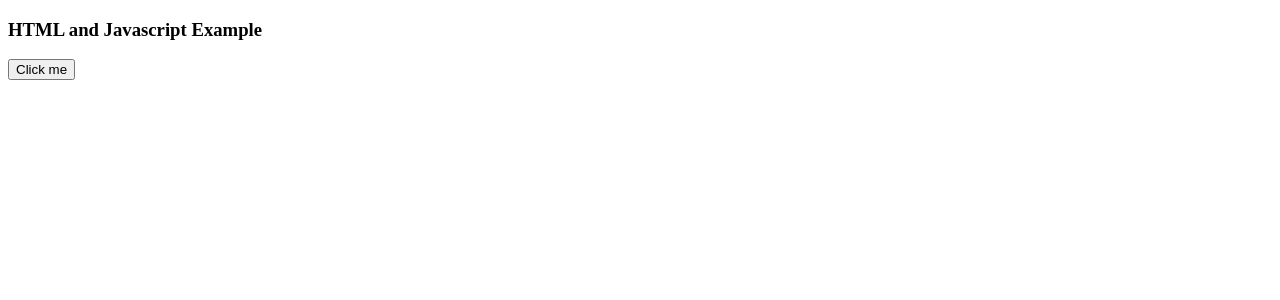
Repository: 144321/GitNinjaDynamicApp
Page: NinjaEx/WebContent/index.html
An editor plug-in stored every save of this project. The page is shown before and after the next save, followed by the edit.
The browser window is 1280 px wide. The pictures show the whole page.

Above is the page before, as saved 2019-07-25 19:39:59.

After the next save:
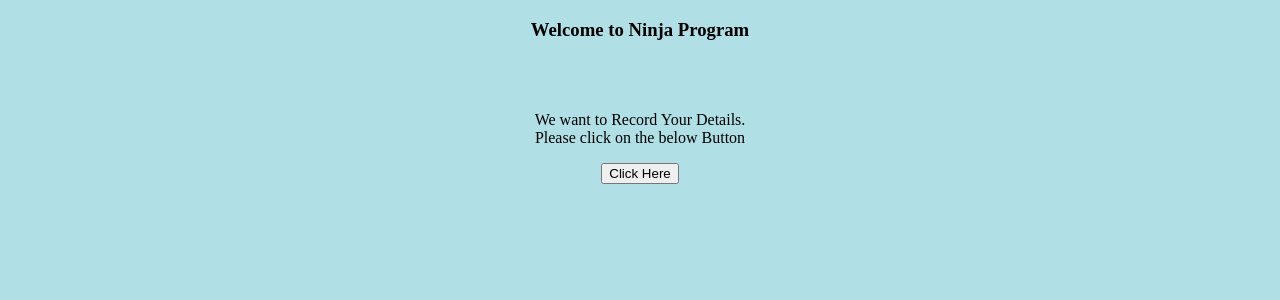
Saved 45 h 10 min later.
--- a/NinjaEx/WebContent/index.html
+++ b/NinjaEx/WebContent/index.html
@@ -5,10 +5,17 @@
 <title>Insert title here</title>
 
 </head>
-<body>
-<h3>HTML and Javascript Example</h3>
+<body style="background-color:powderblue">
+<center>
+<h3>Welcome to Ninja Program</h3><br/><br/>
+
+</center>
 <div id="button">
-<button onclick="callWelcome()">Click me</button>
+<center>
+<p> We want to Record Your Details.<br/> Please click on the below Button</p>
+
+<button onclick="callWelcome()">Click Here</button>
+</center>
 </div>
 <div id="demo" hidden>
 	<p id="welcometext" ></p>
